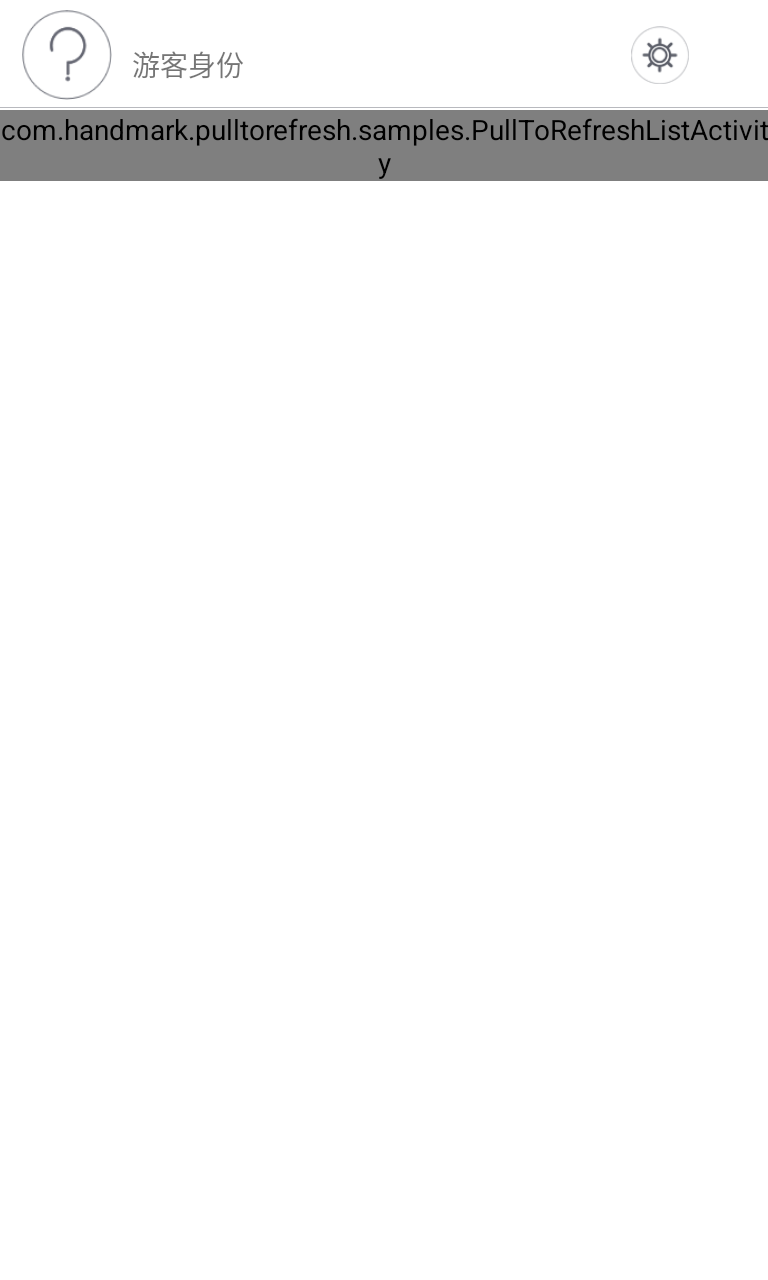
Repository: MinoyJet/Amoy
Layout: beta5/res/layout/dy.xml
The author's editor kept a copy of each file at every save. The layout is drawn from the files as they stood at one save, then again after the next save.
Pictures or frames that could not be fetched are drawn as grey boxes. It is drawn on a 768 x 1280 px phone screen (xhdpi) without system bars, with theme AppTheme; the app's code is not run.

Above is the layout before, as saved 2015-04-24 01:50:05.

After the next save:
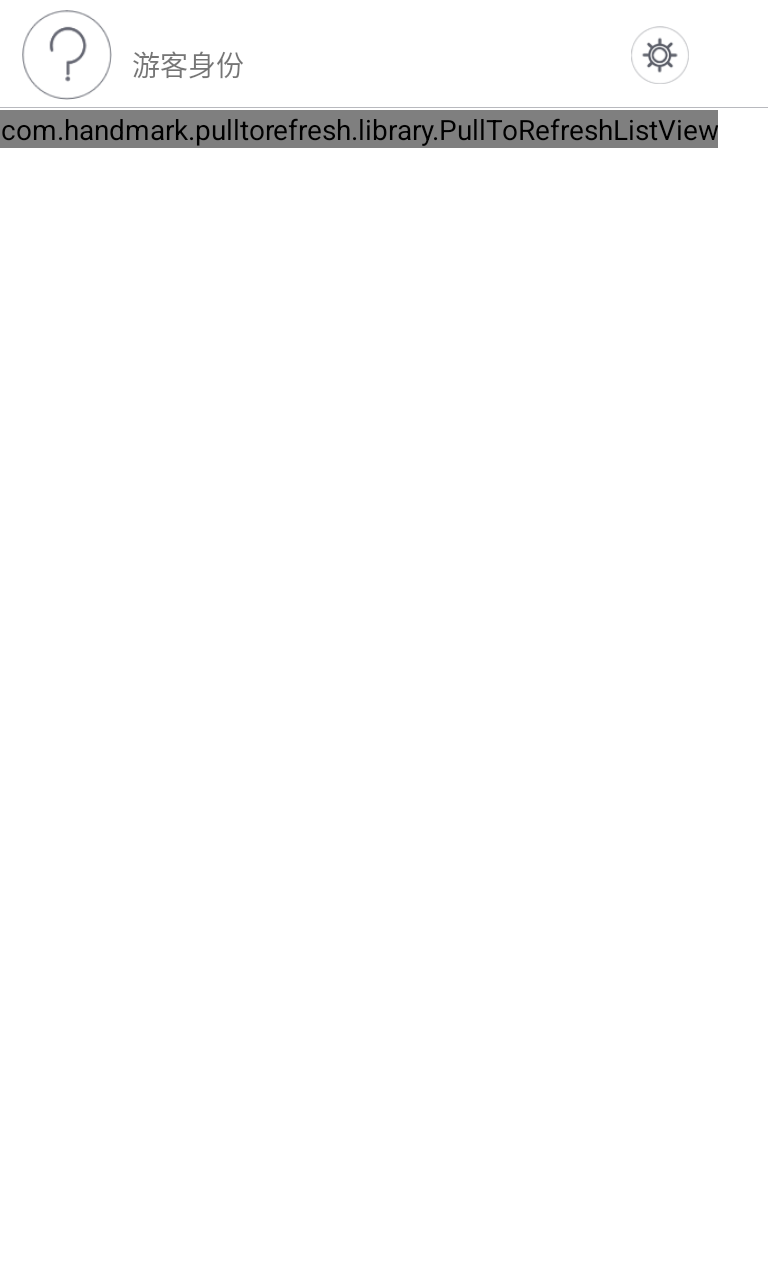
Saved 2 min 30 s later.
--- a/beta5/res/layout/dy.xml
+++ b/beta5/res/layout/dy.xml
@@ -49,7 +49,7 @@
 
     </RelativeLayout>
 
-    <com.handmark.pulltorefresh.samples.PullToRefreshListActivity
+    <com.handmark.pulltorefresh.library.PullToRefreshListView
 
         android:id="@+id/list"
         android:layout_width="wrap_content"
@@ -60,7 +60,7 @@
         android:layout_marginBottom="58dp"
         >
 
-   </com.handmark.pulltorefresh.samples.PullToRefreshListActivity>
+   </com.handmark.pulltorefresh.library.PullToRefreshListView>
 
 
 
